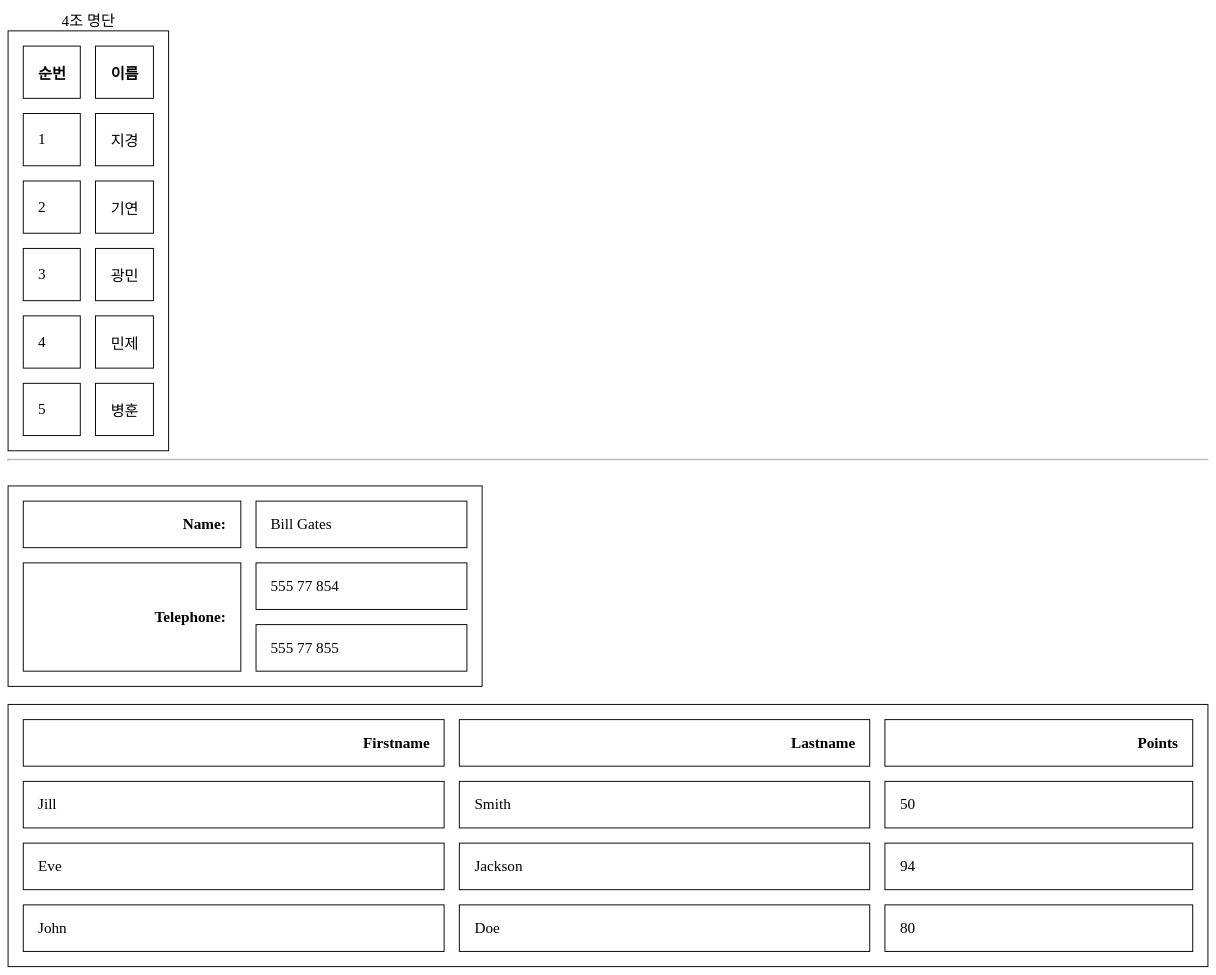
Repository: BaekJiGyeong/JSP
Page: http://localhost/AA_HelloJSP/exercise.jsp
The author's editor kept a copy of each file at every save. The page is drawn from the files as they stood at one save, then again after the next save.
The browser window is 1280 px wide. The pictures show the whole page, at 95% of full size.
The page is served by Tomcat 9.

Above is the page before, as saved 2016-02-02 10:52:14.

### AA_HelloJSP/WebContent/exercise.jsp
<%@ page language="java" contentType="text/html; charset=UTF-8"
	pageEncoding="UTF-8"%>

<%
	String[] names = new String[] { "지경", "기연", "광민", "민제", "병훈" };
%>

<!DOCTYPE html >
<html>
<head>
<style>
table, th, td {
	border: 1px solid black;
	/*border-collapse: collapse;*/
	border-spacing: 15px;
}

th, td {
	padding: 15px;
}
th {
    text-align: right;
}
table {

}
</style>
<meta http-equiv="Content-Type" content="text/html; charset=UTF-8">
<title>지경이 JSP연습</title>

</head>
<body>

	<table>
		<caption>4조 명단</caption>
		<tr>
			<th>순번</th>
			<th>이름</th>
		</tr>
		<%
			for (int i = 0; i < 5; i++) {
		%>
		<tr>
			<td><%=i + 1%></td>
			<td><%=names[i]%></td>
		</tr>
		<%
			}
		%>

	</table>

	<hr />
	<br />
	<table style="width: 500px">
		<tr>
			<th>Name:</th>
			<td>Bill Gates</td>
		</tr>
		<tr>
			<th rowspan="2">Telephone:</th>
			<td>555 77 854</td>
		</tr>
		<tr>
			<td>555 77 855</td>
		</tr>
	</table>
	<br />
	<table style="width: 100%">
		<tr>
			<th>Firstname</th>
			<th>Lastname</th>
			<th>Points</th>
		</tr>
		<tr>
			<td>Jill</td>
			<td>Smith</td>
			<td>50</td>
		</tr>
		<tr>
			<td>Eve</td>
			<td>Jackson</td>
			<td>94</td>
		</tr>
		<tr>
			<td>John</td>
			<td>Doe</td>
			<td>80</td>
		</tr>
	</table>




</body>
</html>

After the next save:
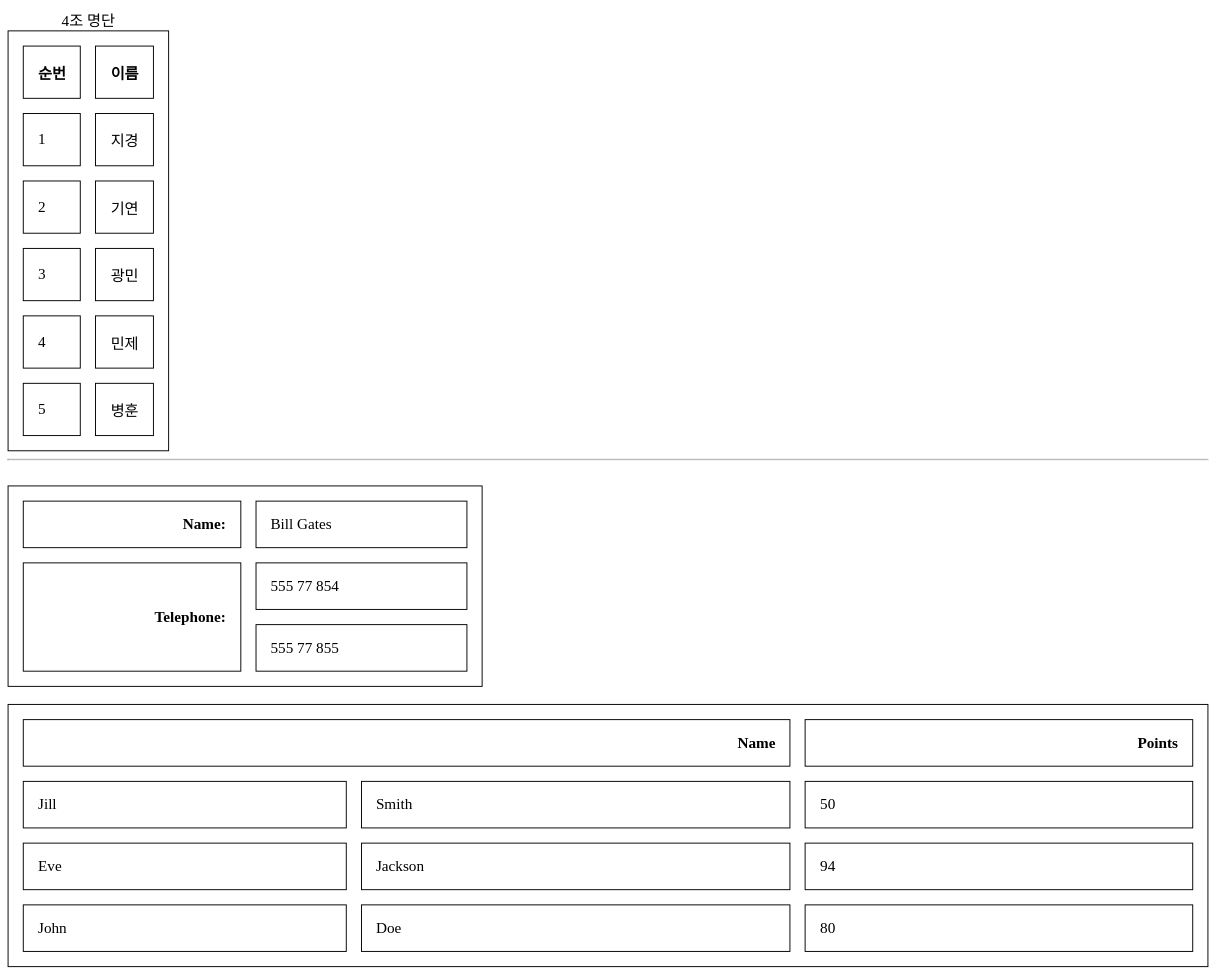
Saved 2 min 53 s later.
--- a/AA_HelloJSP/WebContent/exercise.jsp
+++ b/AA_HelloJSP/WebContent/exercise.jsp
@@ -20,9 +20,6 @@ th, td {
 }
 th {
     text-align: right;
-}
-table {
-
 }
 </style>
 <meta http-equiv="Content-Type" content="text/html; charset=UTF-8">
@@ -68,8 +65,7 @@ table {
 	<br />
 	<table style="width: 100%">
 		<tr>
-			<th>Firstname</th>
-			<th>Lastname</th>
+			<th colspan="2">Name</th>
 			<th>Points</th>
 		</tr>
 		<tr>
